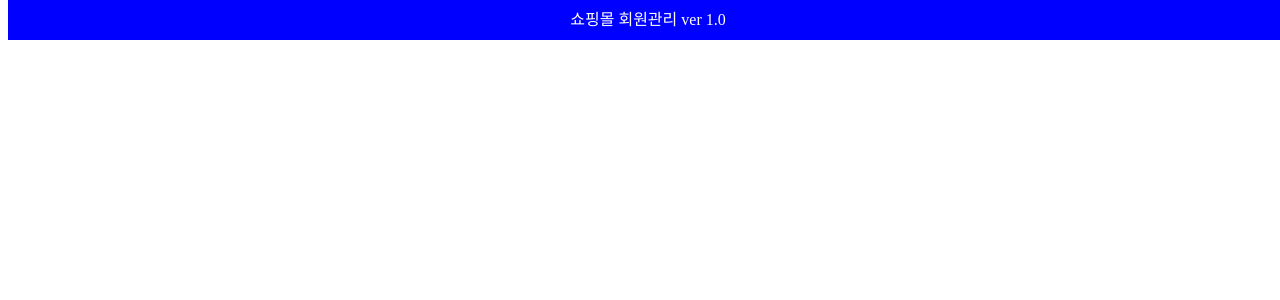
Repository: haileylee94/mini-project
Page: http://localhost/hrd/
These files come from the project's save history. The page is drawn as it stood at one moment and after the next save; the edit follows.
The browser window is 1280 px wide. The pictures show the whole page.
The page is served by Tomcat 9. Other server files are loaded and not shown.

Above is the page before, as saved 2022-11-17 08:49:57.

### hrd/WebContent/index.jsp
<%@ page language="java" contentType="text/html; charset=UTF-8"
    pageEncoding="UTF-8"%>
<!DOCTYPE html>
<html>
<head>
<meta charset="UTF-8">
<title>index</title>
<style type="text/css">
	header{
		position:fixed; top:0px; width:100%; height: 40px; background-color: blue; color: white; text-align: center; line-height: 40px;
	}
</style>
</head>
<body>
	<header>
		쇼핑몰 회원관리 ver 1.0
	</header>
</body>
</html>

After the next save:
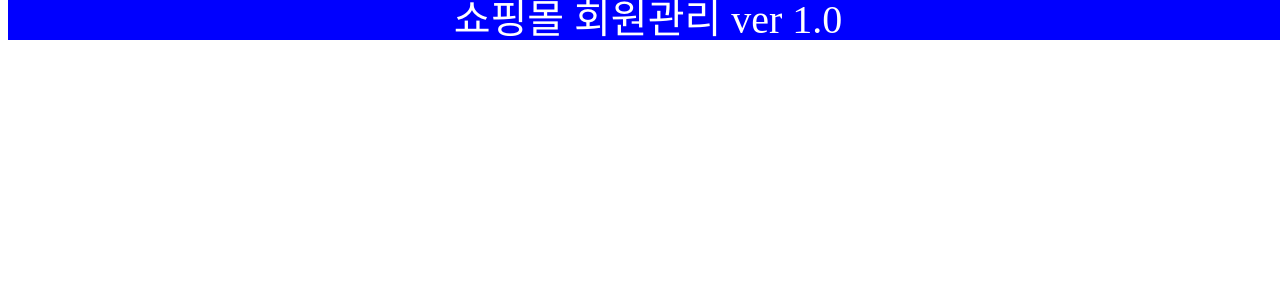
Saved 37 s later.
--- a/hrd/WebContent/index.jsp
+++ b/hrd/WebContent/index.jsp
@@ -7,7 +7,15 @@
 <title>index</title>
 <style type="text/css">
 	header{
-		position:fixed; top:0px; width:100%; height: 40px; background-color: blue; color: white; text-align: center; line-height: 40px;
+		position:fixed;
+		top:0px;
+		width:100%;
+		height: 40px;
+		background-color: blue;
+		color: white;
+		text-align: center;
+		line-height: 40px;
+		font-size: 40px;
 	}
 </style>
 </head>
